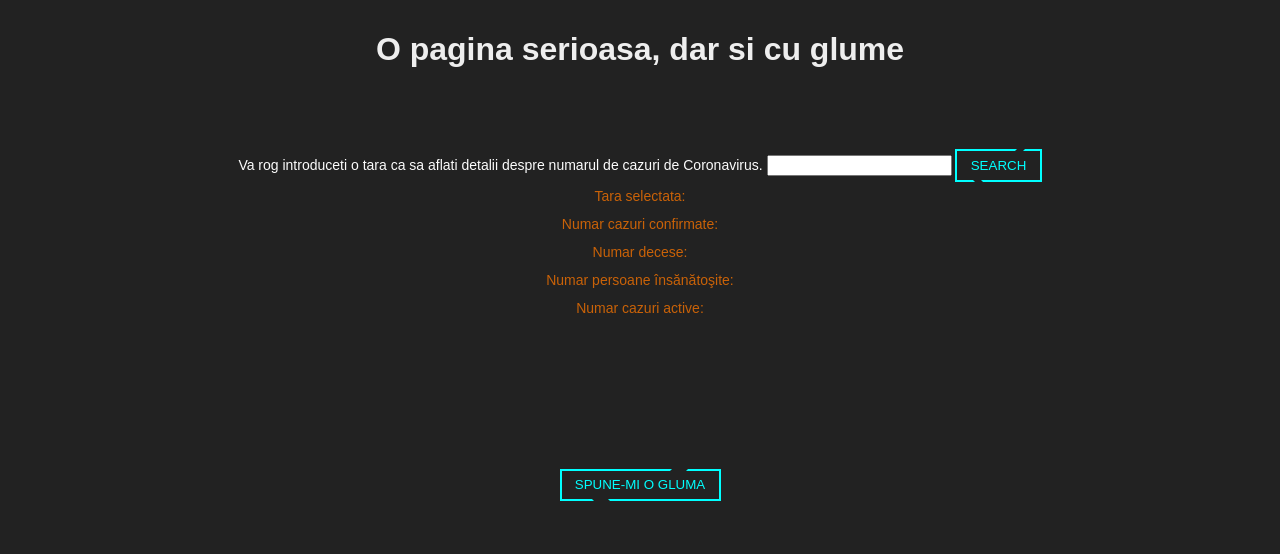
Repository: vladturturica97/proiect-cc2
Page: server/frontend/index.html
The author's editor kept a record of every edit. The page is drawn from the files as they stood at one moment, then again after the next edit.
The browser window is 1280 px wide. The pictures show the whole page.

Above is the page before.

### server/frontend/index.html
<html>
<head>
    <style type="text/css">
        body {
            display: flex;
          flex-direction: column;
          height: 93vh;
          justify-content: center;
          align-items: center;
          background: #222;
          color: #eee;
          font-family: "Dosis", sans-serif;

        }

        .spoiler, .spoiler2{
            color: black;
            background-color:black;
        }

        .spoiler:hover{
            color: white;
        }

        .spoiler2:hover {
            background-color:white;
        }
        .underlined-a {
              text-decoration: none;
              color: aqua;
              padding-bottom: 0.15em;
              box-sizing: border-box;
              box-shadow: inset 0 -0.2em 0 aqua;
              transition: 0.2s;
        }
        .underlined-a:hover {
            color: #222;
            box-shadow: inset 0 -2em 0 aqua;
            transition: all 0.45s cubic-bezier(0.86, 0, 0.07, 1);
        }

        .brk-btn {
  position: relative;
  background: none;
  color: aqua;
  text-transform: uppercase;
  text-decoration: none;
  border: 0.2em solid aqua;
  padding: 0.5em 1em;

    }


  .brk-btn:before {
    content: "";
    display: block;
    position: absolute;
    width: 10%;
    background: #222;
    height: 0.3em;
    right: 20%;
    top: -0.21em;
    transform: skewX(-45deg);
    -webkit-transition: all 0.45s cubic-bezier(0.86, 0, 0.07, 1);
    transition: all 0.45s cubic-bezier(0.86, 0, 0.07, 1);
  }
  .brk-btn:after {
    content: "";
    display: block;
    position: absolute;
    width: 10%;
    background: #222;
    height: 0.3em;
    left: 20%;
    bottom: -0.25em;
    transform: skewX(45deg);
    -webkit-transition: all 0.45 cubic-bezier(0.86, 0, 0.07, 1);
    transition: all 0.45s cubic-bezier(0.86, 0, 0.07, 1);
  }
  .brk-btn:hover::before {
      right: 80%;
    }
   .brk-btn:hover::after {
      left: 80%;
    }

    p {
	font-size: 14;
	font-weight: 400;
	line-height: 2;
	margin-bottom: 1.5em;
	color: #fcfcfc;
	text-align: center;
    }
    /*h1 {
	font-size: calc(2.8em + 2.6vw);
	font-weight: 700;
	letter-spacing: .01em;
	padding: 10rem 0 0 4.5rem;
	text-shadow: .022em .022em .022em #111;
	color: #fff;
    }*/
    header {
    position: absolute;
      left: 50%;
      top: 50px;
      transform: translate(-50%, -50%);
      width: 600px;
      text-align: center;
    }
  </style>
</head>
<header><h1>O pagina serioasa, dar si cu glume</h1></header>
<body>


<script>
    function isEmpty(obj) {
        for(var key in obj) {
            if(obj.hasOwnProperty(key))
                return false;
            }
                return true;
    }

    function readCovidJson(){
            if(this.readyState == 4 && this.status == 200){
                var jsonn = JSON.parse(this.responseText);
                if(isEmpty(jsonn)){
                    window.alert("Tara invalida");
                }
                else {
                    var lastElement = jsonn[jsonn.length-1];
                    var country = lastElement.Country;
                    document.getElementById('country').innerHTML = country;

                    var confirmed = lastElement.Confirmed;
                    document.getElementById('confirmed').innerHTML = confirmed;

                    var deaths = lastElement.Deaths;
                    document.getElementById('deaths').innerHTML = deaths;

                    var recovered = lastElement.Recovered;
                    document.getElementById('recovered').innerHTML = recovered;

                    var active = lastElement.Active;
                    document.getElementById('active').innerHTML = active;
                }
            }
    }

    function importCountry(){
        var countryInput = document.getElementById("countryInput").value;

        var xhr = new XMLHttpRequest();
        xhr.overrideMimeType("application/json");
        xhr.onreadystatechange = readCovidJson;
        xhr.open("POST", "/country", true);
        xhr.setRequestHeader('Content-Type', 'application/json;charset=UTF-8');
        xhr.send(JSON.stringify({country: countryInput}));
        console.log(xhr);

    }

    function readJoke(){
            if(this.readyState == 4 && this.status == 200){
                var jsonn = JSON.parse(this.responseText);
                var jokeSetup = jsonn[0].setup;
                document.getElementById('jokeSetup').innerHTML = jokeSetup;

                var jokePunchline = jsonn[0].punchline;
                document.getElementById('jokePunchline').innerHTML = jokePunchline;
                }
    }

    function importJoke(){
        var xhr = new XMLHttpRequest();
        xhr.overrideMimeType("application/json");
        xhr.onreadystatechange = readJoke;
        xhr.open("POST", "/joke", true);
        xhr.setRequestHeader('Content-Type', 'application/json;charset=UTF-8');
        xhr.send(null);
    }
</script>

<p>
Va rog introduceti o tara ca sa aflati detalii despre numarul de cazuri de Coronavirus.
<input type="text" id="countryInput" name="search">
<button onclick="importCountry()" class="brk-btn">Search</button><br>

        <label style="color:#c96208" > Tara selectata: </label>
        <label id="country" class="underlined-a">  </label><br>
        <label style="color:#c96208" > Numar cazuri confirmate: </label>
        <label id="confirmed" class="underlined-a">  </label><br>
        <label style="color:#c96208" > Numar decese: </label>
        <label id="deaths" class="underlined-a">  </label><br>
        <label style="color:#c96208"> Numar persoane însănătoşite: </label>
        <label id="recovered" class="underlined-a">  </label><br>
        <label style="color:#c96208"> Numar cazuri active: </label>
        <label id="active" class="underlined-a" >  </label><br><br><br><br><br>
    </p>

    <p>
        <button onclick="importJoke()" class="brk-btn">Spune-mi o gluma</button><br>
        <label id="jokeSetup"> </label><br>
        <span class="spoiler2"> <label id="jokePunchline">              </label> </span>
    </p>
</body>
</html>

After the next edit:
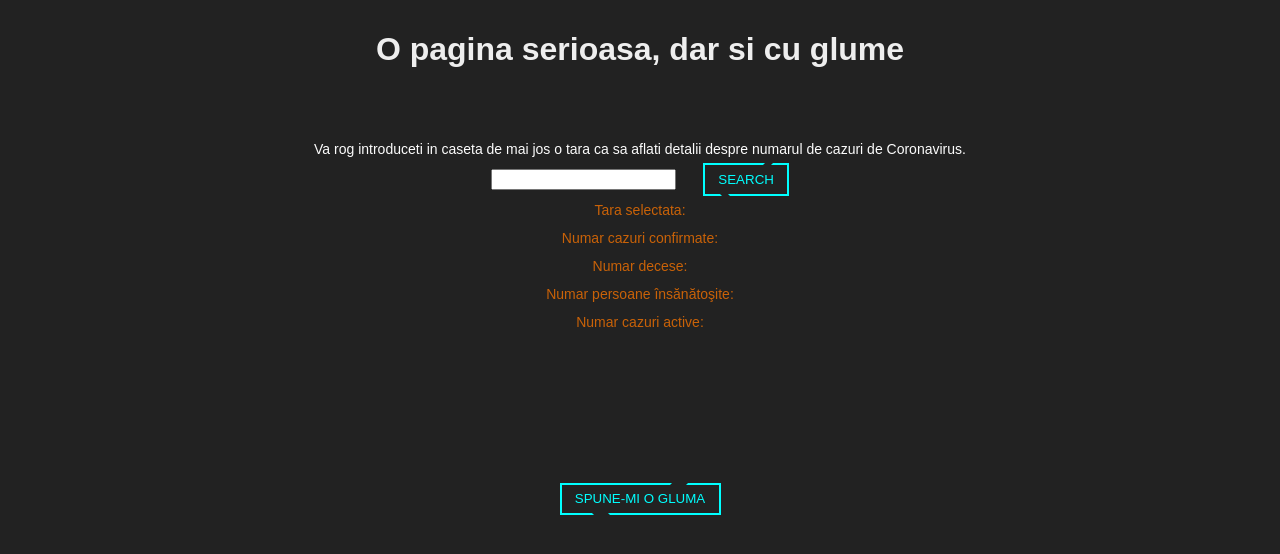
The edit:
--- a/server/frontend/index.html
+++ b/server/frontend/index.html
@@ -184,8 +184,8 @@
 </script>
 
 <p>
-Va rog introduceti o tara ca sa aflati detalii despre numarul de cazuri de Coronavirus.
-<input type="text" id="countryInput" name="search">
+Va rog introduceti in caseta de mai jos o tara ca sa aflati detalii despre numarul de cazuri de Coronavirus.<br>
+<input type="text" id="countryInput" name="search">&nbsp;&nbsp;&nbsp;&nbsp;&nbsp;&nbsp;
 <button onclick="importCountry()" class="brk-btn">Search</button><br>
 
         <label style="color:#c96208" > Tara selectata: </label>
